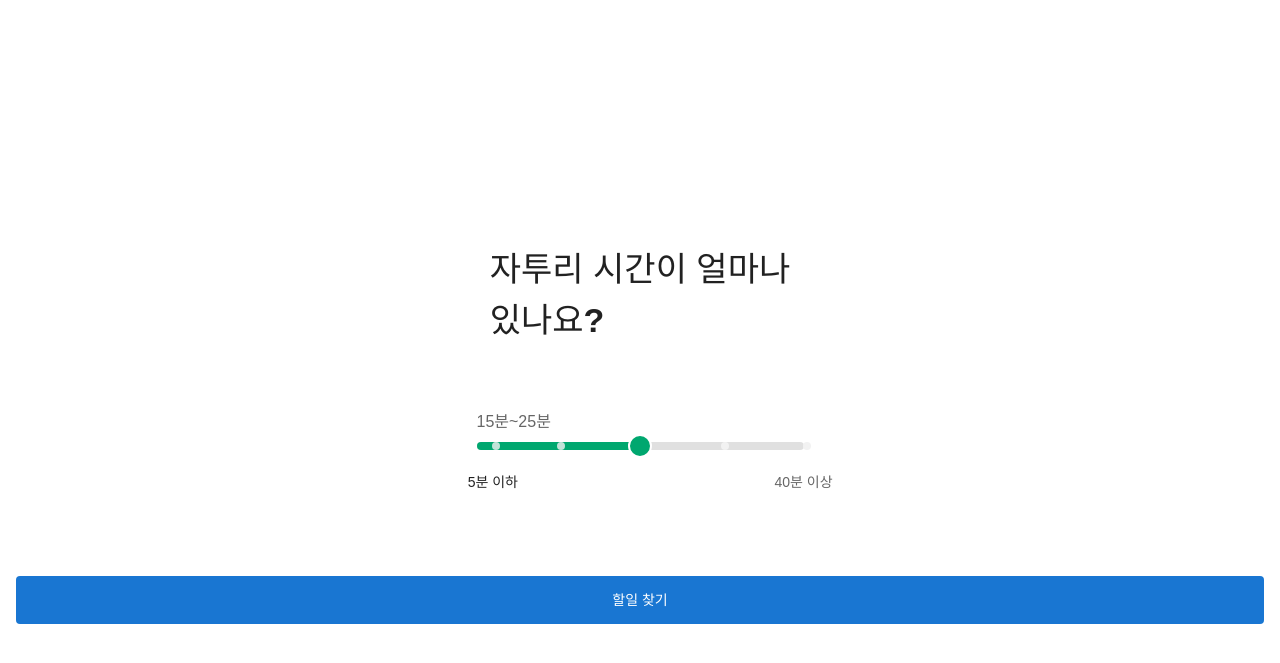
Repository: Tickley-Team/Tickley
Page: /survey
The author's editor kept a copy of each file at every save. The page is drawn from the files as they stood at one save, then again after the next save.
The browser window is 1280 px wide. The pictures show the whole page.
The project was rebuilt for these pictures with package versions that can differ from the ones it lists, and the page was loaded fresh each time. Also part of the build but not shown: vite.config.ts, src/components/BottomNavbar.css, src/components/BottomNavbar.tsx, src/hooks/useLocalStorage.ts, src/stores/timeLeftStore.ts, src/utils.ts, src/components/BasicDialog.tsx, src/pages/Todos.tsx and 12 more.

Above is the page before, as saved 2024-12-09 16:49:28.

### index.html
<!doctype html>
<html lang="en">
  <head>
    <meta charset="UTF-8" />
    <link rel="icon" type="image/svg+xml" href="/src/assets/tickley-favicon.svg" />
    <meta name="viewport" content="width=device-width, initial-scale=1.0" />
    <title>Tickley</title>
    <meta name="description" content="자투리 시간을 알차게 보내고 싶으신가요? 그럼 티클리!">
    <meta property="og:title" content="Tickley">
    <meta property="og:url" content="https://tickley-team.github.io/Tickley/">
    <meta property="og:image" content="https://tickley-team.github.io/Tickley/cute-tickley.png">
    <meta property="og:description" content="자투리 시간을 알차게 보내고 싶으신가요? 그럼 티클리!">
  </head>
  <body>
    <div id="root"></div>
    <script type="module" src="/src/main.tsx"></script>
  </body>
</html>

### src/index.css
:root {
  font-family: Pretandard, system-ui, Avenir, Helvetica, Arial, sans-serif;

  color-scheme: light dark;
  font-synthesis: none;
  text-rendering: optimizeLegibility;
  -webkit-font-smoothing: antialiased;
  -moz-osx-font-smoothing: grayscale;
}

@font-face {
  font-family: 'S-CoreDream-5Medium';
  src: url('https://fastly.jsdelivr.net/gh/projectnoonnu/noonfonts_six@1.2/S-CoreDream-5Medium.woff')
    format('woff');
  font-weight: 500;
  font-style: normal;
}

@font-face {
  font-family: 'S-CoreDream-6Bold';
  src: url('https://fastly.jsdelivr.net/gh/projectnoonnu/noonfonts_six@1.2/S-CoreDream-6Bold.woff')
    format('woff');
  font-weight: 600;
  font-style: normal;
}

@font-face {
  font-family: 'S-CoreDream-8Heavy';
  src: url('https://fastly.jsdelivr.net/gh/projectnoonnu/noonfonts_six@1.2/S-CoreDream-8Heavy.woff')
    format('woff');
  font-weight: 800;
  font-style: normal;
}

@font-face {
  font-family: 'S-CoreDream-7ExtraBold';
  src: url('https://fastly.jsdelivr.net/gh/projectnoonnu/noonfonts_six@1.2/S-CoreDream-7ExtraBold.woff')
    format('woff');
  font-weight: 700;
  font-style: normal;
}

### src/App.tsx
import Todos from './pages/Todos'
import TodosFind from './pages/TodosFind'
import SurveySpareTime from './pages/SurveySpareTime'
import Home from './pages/Home'
import OnboardingPage from './pages/OnboardingPage'
import TodosMemory from './pages/TodosMemory'
import ProgressTimer from './pages/ProgressTimer'
import CompletedTimer from './pages/CompletedTimer'
import { fetchRecommendTodos } from './api/fetchRecommendTodos'
import { createBrowserRouter, RouterProvider } from 'react-router'
import { ThemeProvider } from '@mui/material/styles'
import { TickleyTheme } from './theme'
import CssBaseline from '@mui/material/CssBaseline'

function App() {
  const isProduction = process.env.NODE_ENV === 'production'
  const basename = isProduction ? '/Tickley' : '/'

  const router = createBrowserRouter(
    [
      {
        path: '/',
        element: <Home />,
      },
      {
        path: '/todos',
        element: <Todos />,
      },
      {
        path: '/todos/find',
        element: <TodosFind />,
        loader: () =>
          fetchRecommendTodos(
            `${import.meta.env.BASE_URL}data/todoRecommendData.json`,
          ),
      },
      {
        path: '/todos/memory',
        element: <TodosMemory />,
      },
      {
        path: '/survey',
        element: <SurveySpareTime />,
      },
      {
        path: '/onboarding/:onboardingId',
        element: <OnboardingPage />,
      },
      {
        path: '/timer/progress',
        element: <ProgressTimer />,
      },
      {
        path: '/timer/completed',
        element: <CompletedTimer />,
      },
    ],
    {
      basename,
    },
  )

  return (
    <ThemeProvider theme={TickleyTheme}>
      <RouterProvider router={router} />
      <CssBaseline />
    </ThemeProvider>
  )
}

export default App

### src/pages/SurveySpareTime/index.tsx
import { useCallback } from 'react'
import { useNavigate } from 'react-router'
import { MobileLayout } from '../../layout/MobileLayout'
import { RangeSlider } from '../../components/RangeSlider'
import { Typography } from '@mui/material'
import { CTAButton } from '../../components/Button'

const SurveySpareTime = () => {
  const navigate = useNavigate()
  const handleClickButton = useCallback(() => {
    navigate('/todos/find')
  }, [])
  return (
    <MobileLayout>
      <Typography
        variant="title-6-bold-34"
        sx={{
          whiteSpace: 'pre-line',
          textAlign: 'left',
          marginBottom: '64px',
        }}
      >
        {`자투리 시간이 얼마나\n있나요?`}
      </Typography>
      <RangeSlider />
      <CTAButton
        sx={{ marginTop: 'auto', marginBottom: '48px' }}
        onClick={handleClickButton}
      >
        할일 찾기{' '}
      </CTAButton>
    </MobileLayout>
  )
}

export default SurveySpareTime

### src/api/fetchRecommendTodos.ts
import { RecommendTodo } from '../types'

export const fetchRecommendTodos = async (
  path: string,
): Promise<Array<RecommendTodo>> => {
  try {
    const response = await fetch(path)
    if (!response.ok) {
      throw new Error(`HTTP error! status: ${response.status}`)
    }
    return response.json()
  } catch (error) {
    if (error instanceof Error) {
      throw new Error(`데이터 로드 실패: ${error.message}`)
    }
    throw new Error('알 수 없는 에러가 발생했습니다')
  }
}

### src/theme.ts
import { createTheme } from '@mui/material/styles'

import tokens from './assets/tokens.json'

import React from 'react'

export const TickleyTheme = createTheme({
  palette: {
    primary100: tokens.color.pri100.value,
    primary500: tokens.color.pri500.value,
    primary900: tokens.color.pri900.value,

    gray100: tokens.color.gray100.value,
    gray200: tokens.color.gray200.value,
    gray300: tokens.color.gray300.value,
    gray400: tokens.color.gray400.value,
    gray600: tokens.color.gray600.value,
    gray700: tokens.color.gray700.value,
    gray800: tokens.color.gray800.value,
    gray900: tokens.color.gray900.value,
    gray1000: tokens.color.gray1000.value,

    semanticRed: '#F24822',
    semanticPurple1: '#5B67BA',
    semanticGreen: '#009951',
    semanticGreen1: '#D6F2CC',
    semanticGreen2: '#B2DDA2',
    semanticGreen3: '#7BB766',
    semanticGreen4: '#367A1E',
  },

  typography: {
    fontFamily: '"S-CoreDream", Arial, sans-serif',

    'headline-8-heavy': {
      fontWeight: 800,

      fontSize: '48px',
    },

    'headline-5-medium': {
      fontWeight: 500,

      fontSize: '66px',
    },

    'title-6-bold-34': {
      fontWeight: 600,

      fontSize: '34px',
    },

    'title-5-medium-26': {
      fontWeight: 500,

      fontSize: '26px',
    },

    'title-7-extrabold-20': {
      fontWeight: 700,

      fontSize: '20px',
    },

    'title-5-medium-18': {
      fontWeight: 500,

      fontSize: '18px',
    },

    'title-5-medium-16': {
      fontWeight: 500,

      fontSize: '16px',
    },

    'title-5-medium-12': {
      fontWeight: 500,

      fontSize: '12px',
    },
  },
})

//TODO: 타입 정의 파일로 옮기기

declare module '@mui/material/styles' {
  interface Palette {
    primary100: string
    primary500: string
    primary900: string
    gray100: string
    gray200: string
    gray300: string
    gray400: string
    gray600: string
    gray700: string
    gray800: string
    gray900: string
    gray1000: string

    semanticGreen1: string
    semanticGreen2: string
    semanticGreen3: string
    semanticGreen4: string
    semanticRed: string
    semanticPurple1: string
    semanticGreen: string
  }

  interface PaletteOptions {
    primary100: string
    primary500: string
    primary900: string
    gray100: string
    gray200: string
    gray300: string
    gray400: string
    gray600: string
    gray700: string
    gray800: string
    gray900: string
    gray1000: string

    semanticGreen1: string
    semanticGreen2: string
    semanticGreen3: string
    semanticGreen4: string
    semanticRed: string
    semanticPurple1: string
    semanticGreen: string
  }
}

declare module '@mui/material/Typography' {
  interface TypographyPropsVariantOverrides {
    'headline-5-medium': true

    'headline-8-heavy': true

    'title-6-bold-34': true

    'title-5-medium-26': true

    'title-7-extrabold-20': true

    'title-5-medium-18': true

    'title-5-medium-16': true

    'title-5-medium-12': true
  }
}

declare module '@mui/material/styles' {
  interface TypographyVariants {
    'headline-5-medium': React.CSSProperties

    'headline-8-heavy': React.CSSProperties

    'title-6-bold-34': React.CSSProperties

    'title-5-medium-26': React.CSSProperties

    'title-7-extrabold-20': React.CSSProperties

    'title-5-medium-18': React.CSSProperties

    'title-5-medium-16': React.CSSProperties

    'title-5-medium-12': React.CSSProperties
  }

  interface TypographyVariantsOptions {
    'headline-5-medium'?: React.CSSProperties

    'headline-8-heavy'?: React.CSSProperties

    'title-6-bold-34'?: React.CSSProperties

    'title-5-medium-26'?: React.CSSProperties

    'title-7-extrabold-20'?: React.CSSProperties

    'title-5-medium-18'?: React.CSSProperties

    'title-5-medium-16'?: React.CSSProperties

    'title-5-medium-12'?: React.CSSProperties
  }
}

### src/components/RangeSlider.tsx
import styled from '@emotion/styled'
import { Box, Slider, SliderProps, Typography } from '@mui/material'
import { useRecommendTodoFilterStore } from '../stores/recommendTodoFilterStore'

type RangeSliderProps = Partial<SliderProps>

const RangeMapper = [
  { value: 5, label: '5분 이하', displayText: '5분 이하', time: 5 },
  { value: 25, label: '', displayText: '5분~15분', time: 15 },
  { value: 50, label: '', displayText: '15분~25분', time: 25 },
  { value: 75, label: '', displayText: '25분~35분', time: 35 },
  { value: 100, label: '40분 이상', displayText: '40분 이상', time: 40 },
]

export const RangeSlider = ({ ...restProps }: RangeSliderProps) => {
  const { spareTime, setSpareTime } = useRecommendTodoFilterStore()

  const handleChange = (_event: Event, value: number | number[]) => {
    const time = RangeMapper.find((step) => step.value === value)?.time
    setSpareTime(time ?? 5)
  }

  const marks = RangeMapper.map(({ value, label }) => ({
    value,
    label,
  }))
  return (
    <Box width={'100%'}>
      <Typography sx={{ mb: 1, color: '#666666' }}>
        {/* TODO: refactor 연산 */}
        {RangeMapper.find(({ time }) => time === spareTime)?.displayText}
      </Typography>
      <CustomSlider
        value={RangeMapper.find(({ time }) => time === spareTime)?.value}
        marks={marks}
        step={null}
        onChange={handleChange}
        {...restProps}
      />
    </Box>
  )
}

const CustomSlider = styled(Slider)({
  height: 8,
  padding: 0,
  '& .MuiSlider-rail': {
    opacity: 1,
    backgroundColor: '#E0E0E0', // gray300
  },
  '& .MuiSlider-track': {
    border: 'none',
    backgroundColor: '#00A76F', // pri500
  },
  '& .MuiSlider-thumb': {
    height: 24,
    width: 24,
    backgroundColor: '#00A76F', // pri500
    border: '2px solid #fff',
    '&:focus, &:hover, &.Mui-active, &.Mui-focusVisible': {
      boxShadow: 'inherit',
    },
    '&:before': {
      display: 'none',
    },
  },
  '& .MuiSlider-mark': {
    backgroundColor: '#F2F2F2', // gray200
    height: 8,
    width: 8,
    borderRadius: '50%',
    marginTop: 0,
  },
})

### src/layout/MobileLayout.tsx
import { Container } from '@mui/material'

export const MobileLayout = ({
  children,
  ...restProps
}: {
  children: React.ReactNode
}) => {
  return (
    <Container
      sx={{
        maxWidth: '375px', // 최대 너비 375px
        margin: '0 auto',
        backgroundColor: 'white',
        height: '100vh',
        display: 'flex', // Flexbox를 사용하여 콘텐츠 정렬
        flexDirection: 'column',
        justifyContent: 'center',
        alignItems: 'center',
        '@media (min-width: 1200px)': {
          maxWidth: '375px', // 1200px 이상에서도 375px 고정
        },
      }}
      {...restProps}
    >
      {/* 여기에 콘텐츠를 추가 */}
      {children}
    </Container>
  )
}

### src/stores/recommendTodoFilterStore.ts
import { create } from 'zustand'

interface RecommendTodoFilterStore {
  categoryName: string
  spareTime: number
  setSpareTime: (spareTime: number) => void
  setCategoryName: (categoryName: string) => void
}
export const useRecommendTodoFilterStore = create<RecommendTodoFilterStore>()(
  (set) => ({
    categoryName: '휴식',
    spareTime: 25,
    setSpareTime: (spareTime) => set({ spareTime }),
    setCategoryName: (categoryName) => set({ categoryName }),
  }),
)

### src/components/Button.tsx
import { Box, Button as BaseButton, ButtonProps } from '@mui/material'
import { styled } from '@mui/system'

type Props = ButtonProps & {
  children: React.ReactNode
}
export const CTAButton = ({ children, ...restProps }: Props) => {
  return (
    <Box>
      <Button {...restProps}>{children}</Button>
    </Box>
  )
}

const Button = styled(BaseButton)(({ theme }) => ({
  position: 'absolute', // 버튼을 절대 위치로 설정
  bottom: '48px', // 하단에서 48px 떨어지게 설정
  left: '50%', // 가로 중앙 정렬
  transform: 'translateX(-50%)', // 정확한 중앙 정렬
  width: 'calc(100% - 32px)', // 가로 폭을 100%에서 좌우 여백을 제외한 값으로 설정
  height: '48px',
  backgroundColor: '#1976d2', // 버튼 배경색
  color: 'white',
  borderRadius: '4px',
}))

### src/assets/tokens.json
{
  "color": {
    "pri500": {
      "description": "",
      "type": "color",
      "value": "#1d997cff",
      "blendMode": "normal"
    },
    "pri100": {
      "description": "",
      "type": "color",
      "value": "#d7f6efff",
      "blendMode": "normal"
    },
    "pri900": {
      "description": "",
      "type": "color",
      "value": "#044637ff",
      "blendMode": "normal"
    },
    "gray1000": {
      "description": "",
      "type": "color",
      "value": "#040404ff",
      "blendMode": "normal"
    },
    "gray300": {
      "description": "",
      "type": "color",
      "value": "#f0f1f5ff",
      "blendMode": "normal"
    },
    "gray400": {
      "description": "",
      "type": "color",
      "value": "#d9dae2ff",
      "blendMode": "normal"
    },
    "gray500": {
      "description": "",
      "type": "color",
      "value": "#b9babfff",
      "blendMode": "normal"
    },
    "gray900": {
      "description": "",
      "type": "color",
      "value": "#232327ff",
      "blendMode": "normal"
    },
    "gray600": {
      "description": "",
      "type": "color",
      "value": "#999a9fff",
      "blendMode": "normal"
    },
    "gray700": {
      "description": "",
      "type": "color",
      "value": "#717277ff",
      "blendMode": "normal"
    },
    "gray800": {
      "description": "",
      "type": "color",
      "value": "#3f3f44ff",
      "blendMode": "normal"
    },
    "gray200": {
      "description": "",
      "type": "color",
      "value": "#f9fafcff",
      "blendMode": "normal"
    },
    "gray100": {
      "description": "",
      "type": "color",
      "value": "#ffffffff",
      "blendMode": "normal"
    }
  },
  "grid": {
    "grid": {
      "0": {
        "type": "custom-grid",
        "value": {
          "pattern": "columns",
          "gutterSize": 0,
          "alignment": "stretch",
          "count": 1,
          "offset": 16
        }
      },
      "1": {
        "type": "custom-grid",
        "value": {
          "pattern": "columns",
          "gutterSize": 16,
          "alignment": "stretch",
          "count": 4,
          "offset": 16
        }
      },
      "description": null
    }
  },
  "variable collection": {
    "pri500": { "type": "color", "value": "#f5c21aff", "blendMode": "normal" },
    "pri600": { "type": "color", "value": "#f5bb1aff", "blendMode": "normal" },
    "color": {
      "description": "",
      "type": "color",
      "value": "{variable collection.pri500}"
    }
  }
}

Loaded but not shown: src/main.tsx (common file)

After the next save:
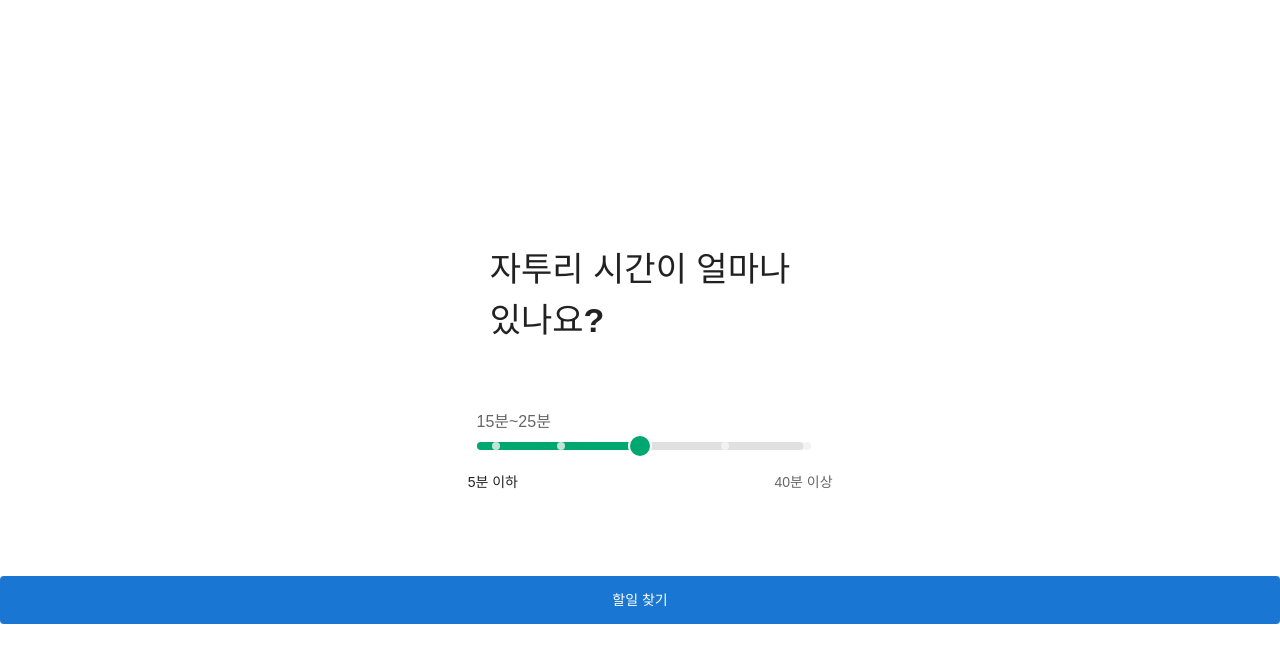
Saved 10 s later.
--- a/src/components/Button.tsx
+++ b/src/components/Button.tsx
@@ -17,7 +17,7 @@
   bottom: '48px', // 하단에서 48px 떨어지게 설정
   left: '50%', // 가로 중앙 정렬
   transform: 'translateX(-50%)', // 정확한 중앙 정렬
-  width: 'calc(100% - 32px)', // 가로 폭을 100%에서 좌우 여백을 제외한 값으로 설정
+  width: '100%', // 가로 폭을 100%에서 좌우 여백을 제외한 값으로 설정
   height: '48px',
   backgroundColor: '#1976d2', // 버튼 배경색
   color: 'white',
